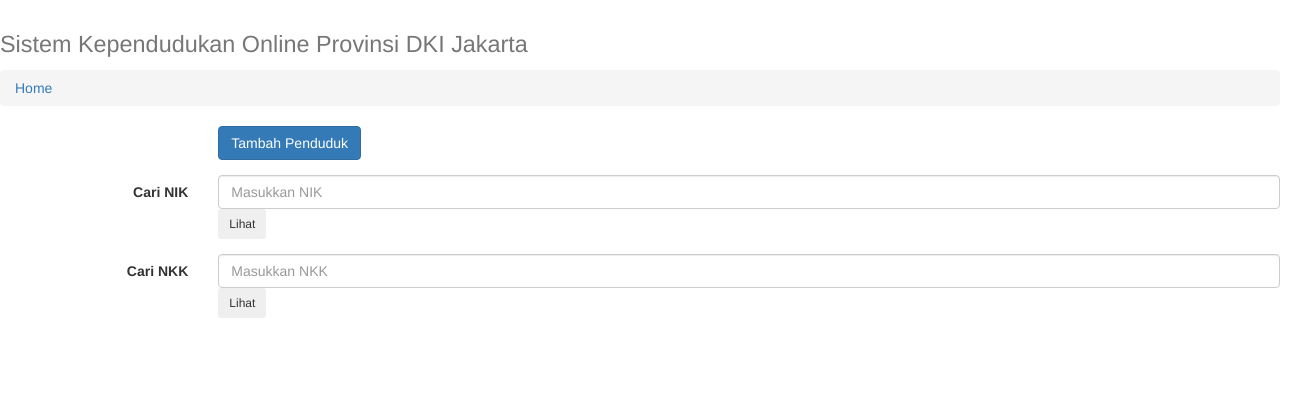
Repository: apap-2017/tugas1_1406544135
Page: http://localhost/index
The author's editor kept a copy of each file at every save. The page is drawn from the files as they stood at one save, then again after the next save.
The browser window is 1280 px wide. The page is 1295 px wide, so the pictures cover 1295 px, including what lies to the right of the window. The pictures show the whole page.
The page is this project's Thymeleaf template; nobody is signed in. The template is opened directly, without the code that normally fills it, so the values that code supplies are empty.

Above is the page before, as saved 2017-10-22 06:46:25.

### Tugas1_1406544135/src/main/resources/templates/index.html
<!DOCTYPE HTML>
<html xmlns="http://www.w3.org/1999/xhtml"
	xmlns:th="http://www.thymeleaf.org">
<head>
<title>Siduk DKI</title>
<meta http-equiv="Content-Type" content="text/html; charset=UTF-8" />
<link href="../../static/css/bootstrap.min.css" rel="stylesheet"
	th:href="@{/css/bootstrap.min.css}" />
</head>

<body>
	<section class="content-header">
		<h1>
			<small>Sistem Kependudukan Online Provinsi DKI Jakarta</small>
		</h1>

		<ol class="breadcrumb">
			<li><a th:href="@{/}">Home</a></li>
		</ol>
	</section>

	<form class="form-horizontal" method="get">
		<div class="form-group">
			<label class="col-sm-2 control-label"></label>
			<div class="col-sm-10">
				<div class="pull-left">
					<a th:href="@{/penduduk/tambah/}"
						class="btn btn-primary btn-block btn-flat">Tambah Penduduk</a>
				</div>
				<label th:text="${errorNIKArgs}"></label>
			</div>
		</div>
	</form>


	<form class="form-horizontal" action="/penduduk" method="get">
		<div class="form-group">
			<label class="col-sm-2 control-label">Cari NIK</label>
			<div class="col-sm-10">
				<input type="text" name="nik" class="form-control"
					placeholder="Masukkan NIK" />
				<button type="submit" class="btn btn-sm bg-teal pull-left"
					name="action" value="save">Lihat</button>
				<label th:text="${errorNIKArgs}"></label>
			</div>
		</div>
	</form>

	<form class="form-horizontal" action="/keluarga" method="get">
		<div class="form-group">
			<label class="col-sm-2 control-label">Cari NKK</label>
			<div class="col-sm-10">
				<input type="text" name="nkk" class="form-control"
					placeholder="Masukkan NKK" />
				<button type="submit" class="btn btn-sm bg-teal pull-left"
					name="action" value="save">Lihat</button>
				<label th:text="${errorNKKArgs}"></label>
			</div>
		</div>
	</form>

</body>

</html>

Loaded but not shown: Tugas1_1406544135/src/main/resources/static/css/bootstrap.min.css (library)

After the next save:
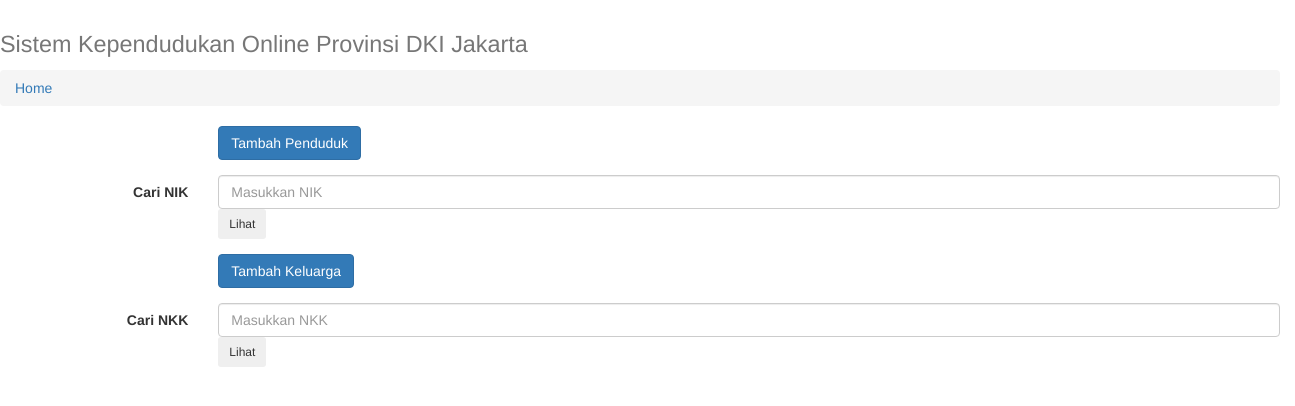
Saved 54 s later.
--- a/Tugas1_1406544135/src/main/resources/templates/index.html
+++ b/Tugas1_1406544135/src/main/resources/templates/index.html
@@ -46,6 +46,19 @@
 		</div>
 	</form>
 
+	<form class="form-horizontal" method="get">
+		<div class="form-group">
+			<label class="col-sm-2 control-label"></label>
+			<div class="col-sm-10">
+				<div class="pull-left">
+					<a th:href="@{/penduduk/keluarga/}"
+						class="btn btn-primary btn-block btn-flat">Tambah Keluarga</a>
+				</div>
+				<label th:text="${errorNIKArgs}"></label>
+			</div>
+		</div>
+	</form>
+
 	<form class="form-horizontal" action="/keluarga" method="get">
 		<div class="form-group">
 			<label class="col-sm-2 control-label">Cari NKK</label>
